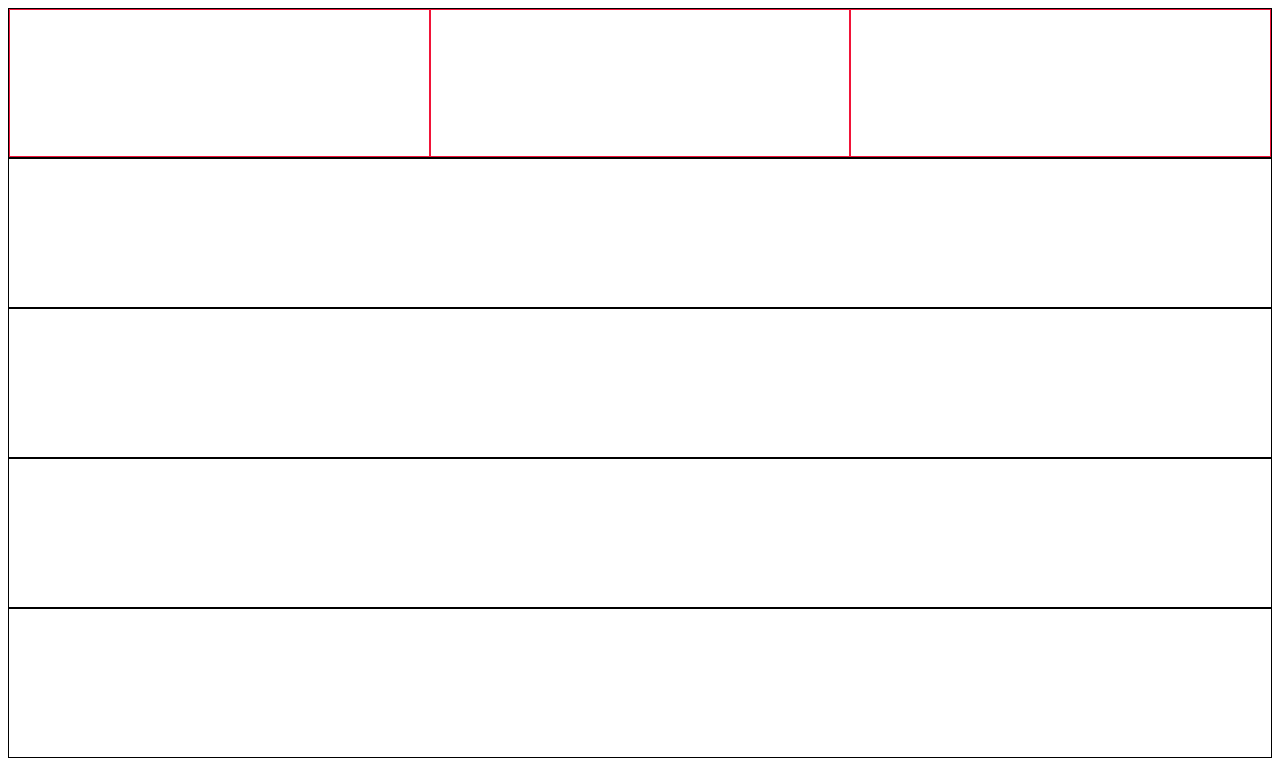
Repository: AishwaryaPandey987/PGLife
Page: home.html
The author's editor kept a copy of each file at every save. The page is drawn from the files as they stood at one save, then again after the next save.
The browser window is 1280 px wide. The pictures show the whole page.

Above is the page before, as saved 2022-10-27 20:42:28.

### home.html
<!DOCTYPE html>
  <html>
    <head>
        <title>CSS Page</title>
         <link rel="stylesheet" href="css/style.css" />
    </head>
    <body>

      <div class="row">
        <div class="col"></div>
        <div class="col"></div>
        <div class="col"></div>
      </div>

      <div class="row"></div>

      <div class=" row"></div>

      <div class="row"></div>

      <div class="row"></div>
    </body>
  </html>

### css/style.css
* {
  box-sizing: border-box;
}

.row{

  border:  1px solid black;
 height: 150px;
 font-size: 0px;
}

.col{
  border: 1px solid rgb(241, 19, 56);
  display: inline-block;
  height: 100%;
  width: 33.33%;

}

After the next save:
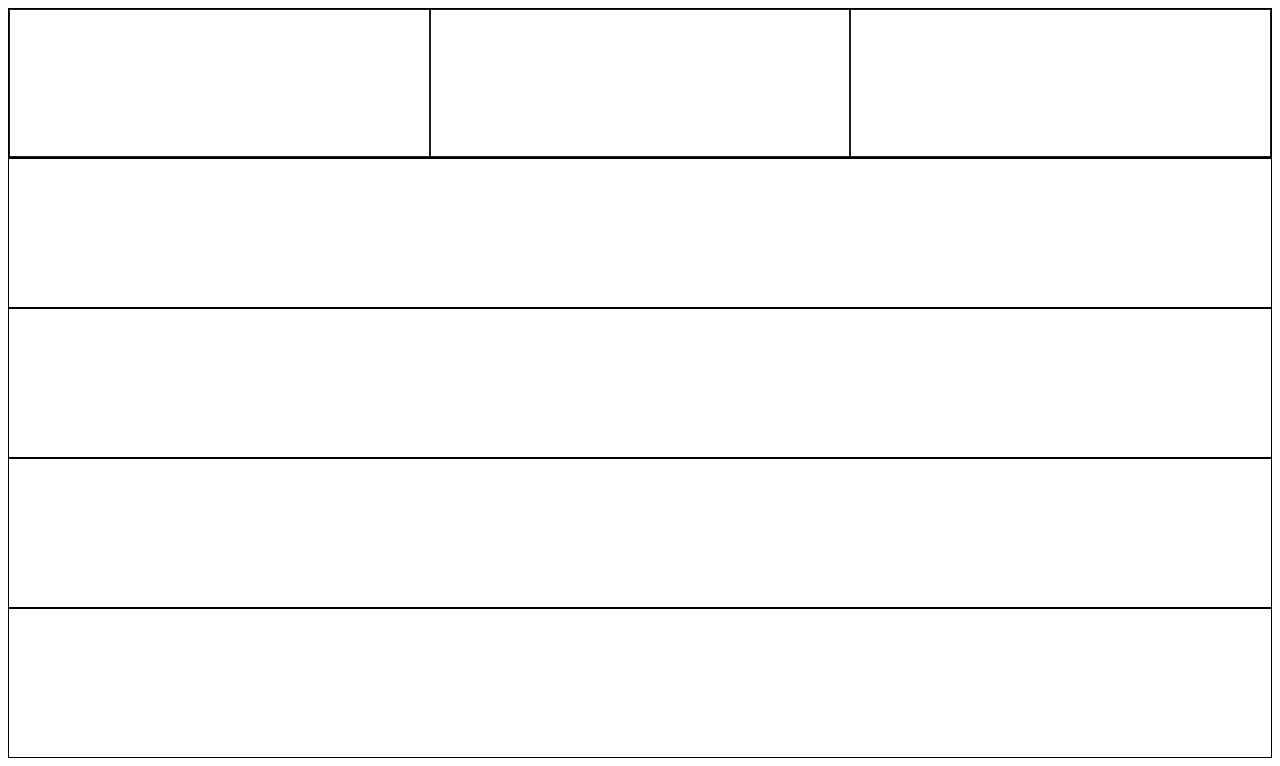
Saved 2 min 50 s later.
--- a/css/style.css
+++ b/css/style.css
@@ -10,9 +10,15 @@
 }
 
 .col{
-  border: 1px solid rgb(241, 19, 56);
+  border: 1px solid rgb(31, 27, 28);
   display: inline-block;
   height: 100%;
   width: 33.33%;
 
 }
+.col2{
+  border: 1px solid rgb(19, 18, 18);
+  display: inline-block;
+  height: 100%;
+  width: 50%;
+}
